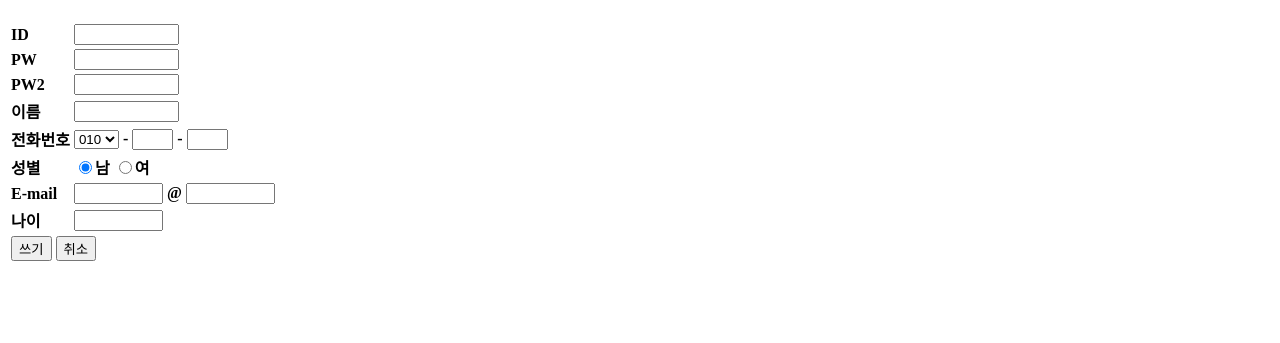
Repository: njir/nodejs
Page: admin_page/views/join_back.ejs
The author's editor kept a record of every edit. The page is drawn from the files as they stood at one moment, then again after the next edit.
The browser window is 1280 px wide. The pictures show the whole page.
The page is served by the project's Node server (admin_page/app.js). The template is opened directly, without the code that normally fills it, so the values that code supplies are empty.

Above is the page before.

After the next edit:
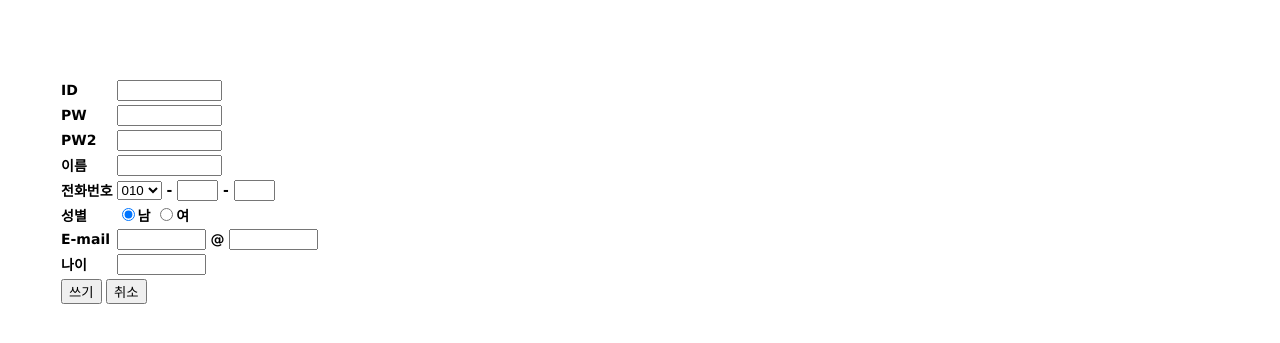
The edit:
--- a/admin_page/views/join_back.ejs
+++ b/admin_page/views/join_back.ejs
@@ -4,6 +4,7 @@
 <head>
 	<meta charset="utf-8"/>
 	<title> <%= title %> </title>
+	<link rel='stylesheet' href='/stylesheets/style.css' />
 </head>
 <body>
     <h1> <%= title %></h1>
